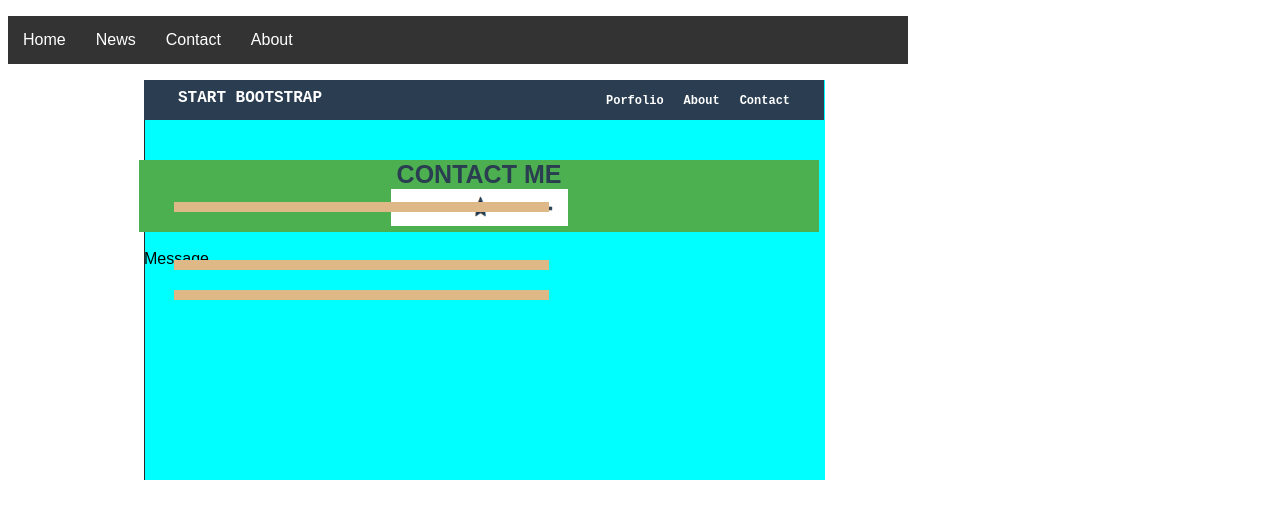
Repository: LongNguyen2504/T3H-FrondEnd
Page: Lesson3_CSS_HomeWork3.html
An editor plug-in stored every save of this project. The page is shown before and after the next save, followed by the edit.
The browser window is 1280 px wide. The pictures show the whole page.

Above is the page before, as saved 2021-12-01 23:30:16.

After the next save:
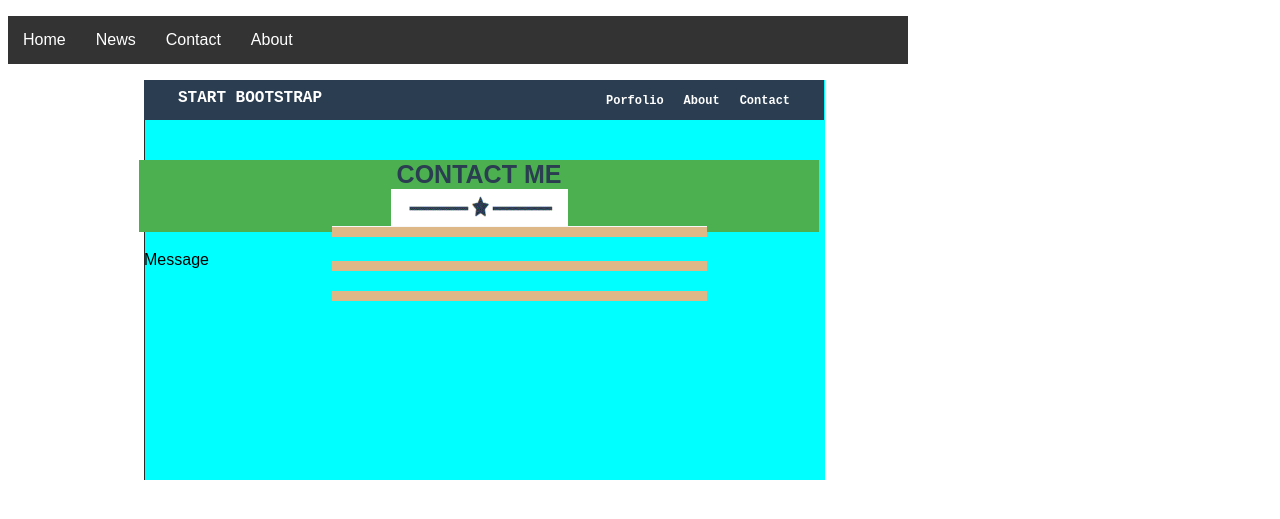
Saved 28 min 44 s later.
--- a/Lesson3_CSS_HomeWork3.css
+++ b/Lesson3_CSS_HomeWork3.css
@@ -66,16 +66,17 @@ div.dash1{
     width: 375px;
     height: 10px;
     position: inherit;
-    top: 50px;
-    left: 30px;
+    top: 74px;
+    left: 188px;
     background-color: burlywood;
+    border-top: 1px solid #f8f8f8;
 }
 div.dash2{
     width: 375px;
     height: 10px;
     position: inherit;
     top: 80px;
-    left: 30px;
+    left: 188px;
     background-color: burlywood;
 }
 div.dash3{
@@ -83,7 +84,7 @@ div.dash3{
     height: 10px;
     position: inherit;
     top: 50px;
-    left: 30px;
+    left: 188px;
     background-color: burlywood;
 }
 /* div.Name{
